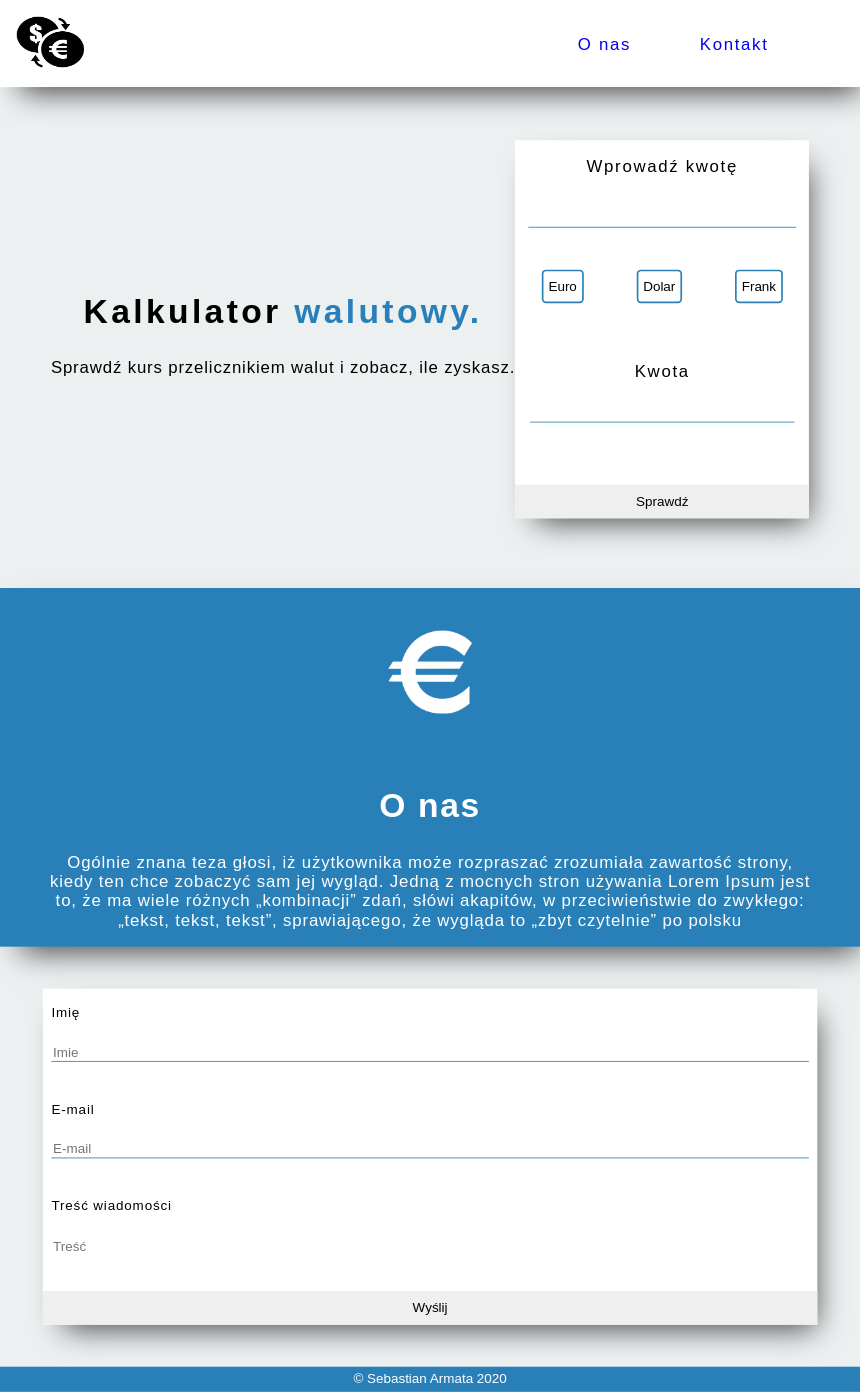
Repository: SebastianArmata22/Kalkulator-walut
Page: index.html
An editor plug-in stored every save of this project. The page is shown before and after the next save, followed by the edit.
The browser window is 1024 px wide. The pictures show the whole page, at 84% of full size.

Above is the page before, as saved 2020-10-28 15:59:35.

After the next save:
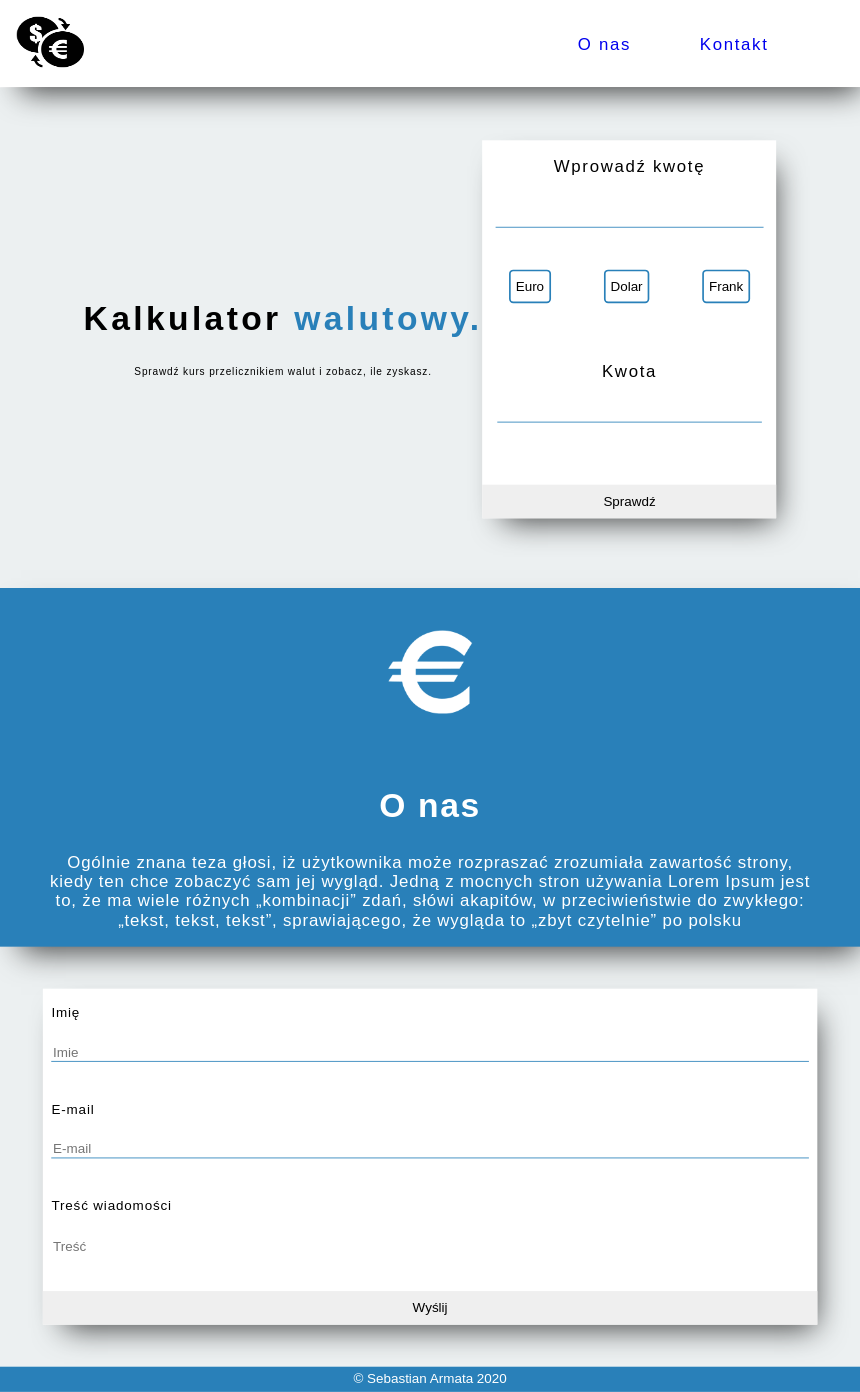
Saved 60 s later.
--- a/style.css
+++ b/style.css
@@ -262,6 +262,9 @@ max-width: 300px;
 .text h1{
    font-size: 10px;
 }
+.text p{
+    font-size: 12px;
+ }
 .about-us{
     flex-direction: column;
 }
